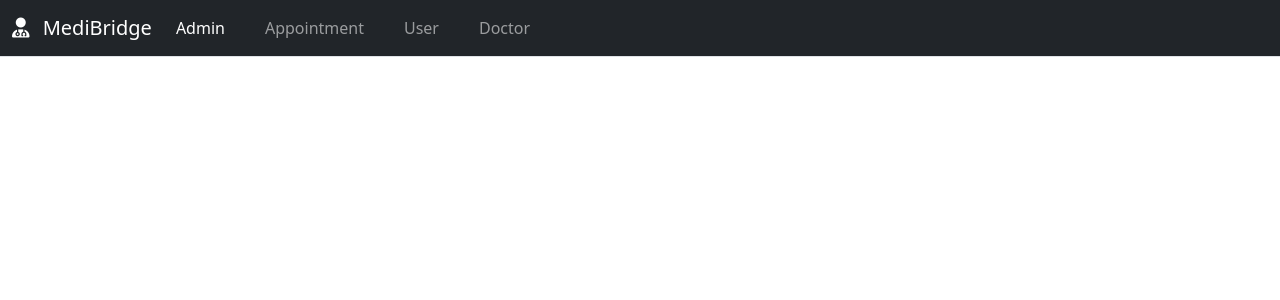
Repository: Abhinavan2004/MediBridge-hms
Page: http://localhost/Hospital_Management_System/User.jsp
An editor plug-in stored every save of this project. The page is shown before and after the next save, followed by the edit.
The browser window is 1280 px wide. The pictures show the whole page.
The page is served by Tomcat 9.

Above is the page before, as saved 2025-07-13 12:08:32.

After the next save:
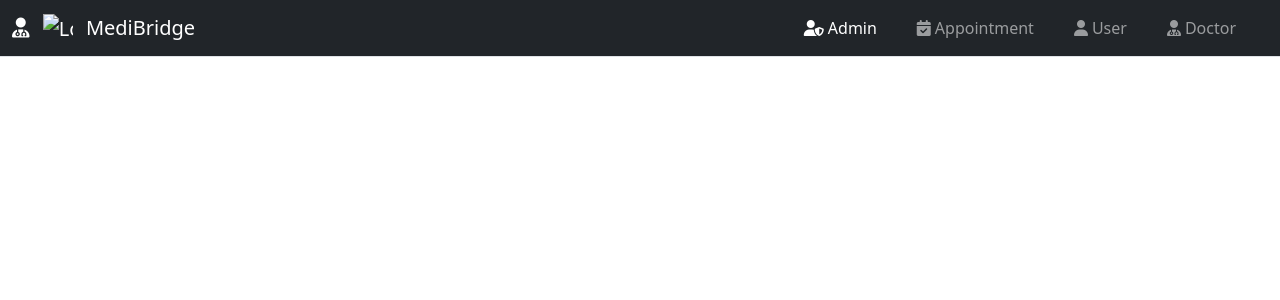
Saved 29 s later.
--- a/Hospital_Management_System/src/main/webapp/components/navbar.jsp
+++ b/Hospital_Management_System/src/main/webapp/components/navbar.jsp
@@ -1,46 +1,53 @@
-
 <!DOCTYPE html>
 <html lang="en">
 <head>
-    <meta charset="UTF-8">
-    <meta name="viewport" content="width=device-width, initial-scale=1.0">
-    <title>Fixed Navbar</title>
-    <link href="https://cdn.jsdelivr.net/npm/bootstrap@5.3.0/dist/css/bootstrap.min.css" rel="stylesheet">
+<meta charset="UTF-8">
+<meta name="viewport" content="width=device-width, initial-scale=1.0">
+<title>Fixed Navbar</title>
+<link href="https://cdn.jsdelivr.net/npm/bootstrap@5.3.0/dist/css/bootstrap.min.css" rel="stylesheet">
+<!-- Font Awesome CDN -->
 <link rel="stylesheet" href="https://cdnjs.cloudflare.com/ajax/libs/font-awesome/6.4.0/css/all.min.css">
-
 </head>
 <body>
 
 <nav class="navbar navbar-expand-lg navbar-dark bg-dark border-bottom">
-    <div class="container-fluid">
-       <a class="navbar-brand" href="#">
+<div class="container-fluid">
+<a class="navbar-brand" href="#">
 <i class="fa-solid fa-user-doctor me-2"></i>
+<img src="#" alt="Logo" width="30" height="24" class="d-inline-block align-text-top me-2">
 MediBridge
 </a>
 
-        <!-- Navbar toggler for mobile -->
-        <button class="navbar-toggler" type="button" data-bs-toggle="collapse" data-bs-target="#navbarNavDropdown" aria-controls="navbarNavDropdown" aria-expanded="false" aria-label="Toggle navigation">
-            <span class="navbar-toggler-icon"></span>
-        </button>
+<!-- Navbar toggler for mobile -->
+<button class="navbar-toggler" type="button" data-bs-toggle="collapse" data-bs-target="#navbarNavDropdown" aria-controls="navbarNavDropdown" aria-expanded="false" aria-label="Toggle navigation">
+<span class="navbar-toggler-icon"></span>
+</button>
 
-        <div class="collapse navbar-collapse" id="navbarNavDropdown">
-            <ul class="navbar-nav sm-auto ">
-                <li class="nav-item me-4">
-                    <a class="nav-link active" aria-current="page" href="Admin.jsp">Admin</a>
-
-                </li>
-                <li class="nav-item me-4">
-                    <a class="nav-link" href="components/">Appointment</a>
-                </li>
-                <li class="nav-item me-4">
-                    <a class="nav-link" href="User.jsp">User</a>
-                </li>
-                <li class="nav-item me-4">
-                    <a class="nav-link" href="Doctor.jsp">Doctor</a>
-                </li>
-            </ul>
-        </div>
-    </div>
+<div class="collapse navbar-collapse" id="navbarNavDropdown">
+<ul class="navbar-nav ms-auto">
+<li class="nav-item me-4">
+<a class="nav-link active" aria-current="page" href="Admin.jsp">
+<i class="fa-solid fa-user-shield me-1"></i>Admin
+</a>
+</li>
+<li class="nav-item me-4">
+<a class="nav-link" href="components/">
+<i class="fa-solid fa-calendar-check me-1"></i>Appointment
+</a>
+</li>
+<li class="nav-item me-4">
+<a class="nav-link" href="User.jsp">
+<i class="fa-solid fa-user me-1"></i>User
+</a>
+</li>
+<li class="nav-item me-4">
+<a class="nav-link" href="Doctor.jsp">
+<i class="fa-solid fa-user-doctor me-1"></i>Doctor
+</a>
+</li>
+</ul>
+</div>
+</div>
 </nav>
 
 <!-- Bootstrap JS -->
